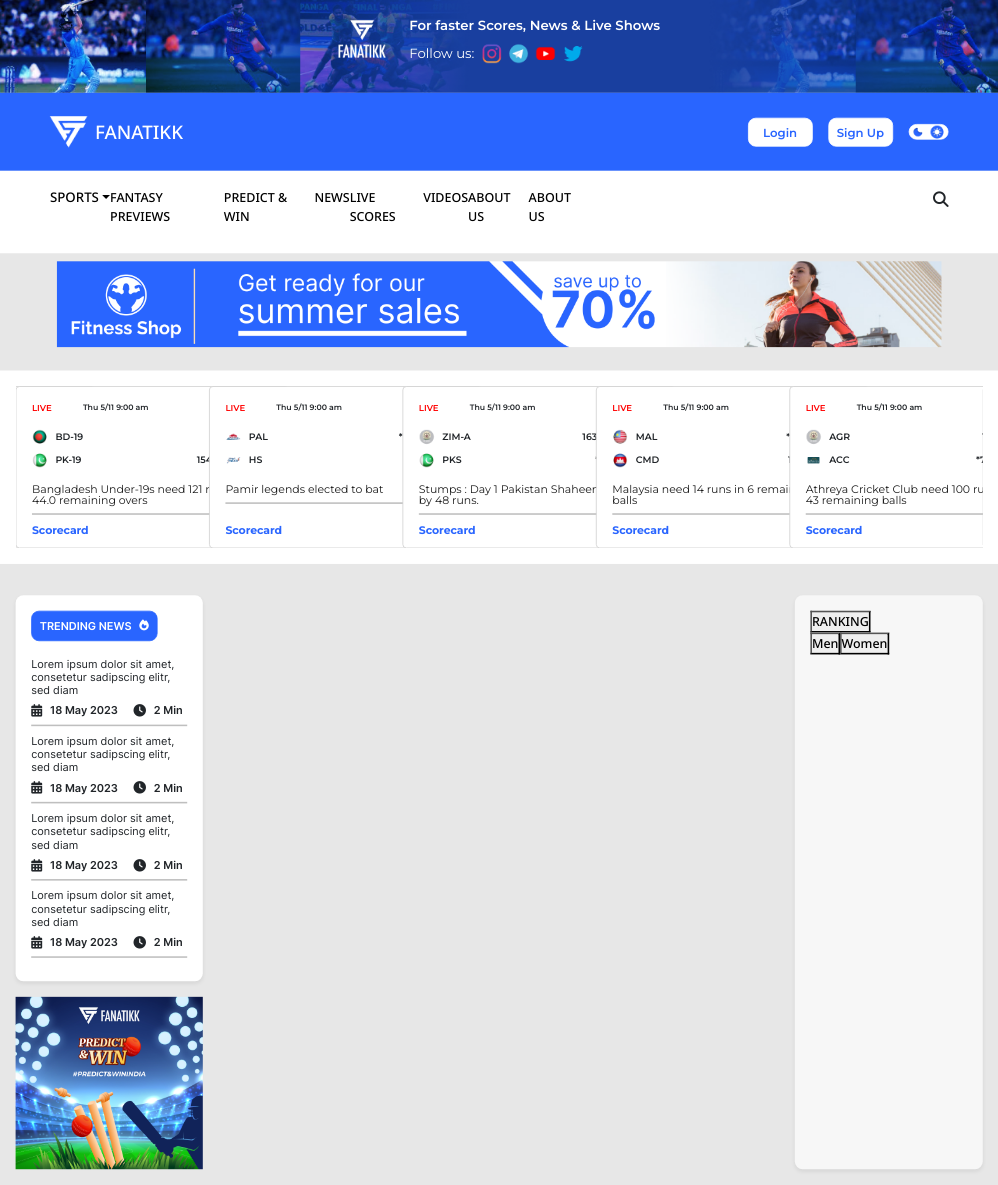
Repository: FlyweisReact/Kannapa
Page: /
An editor plug-in stored every save of this project. The page is shown before and after the next save, followed by the edit.
The browser window is 1280 px wide. The pictures show the whole page, at 78% of full size.
Some web libraries are served in a nearby version. The project was rebuilt for these pictures with package versions that can differ from the ones it lists, and the page was loaded fresh each time. Also part of the build but not shown: src/Components/Layout/Footer.js, src/Components/Sliders/Index-video-Slider.js, src/Components/firstScreen.jsx, src/Components/secondScreen.jsx, src/Components/thirdScreen.jsx, src/Components/fourthScreen.jsx, src/CSS/Footer.css.

Above is the page before, as saved 2023-06-03 15:58:16.

After the next save:
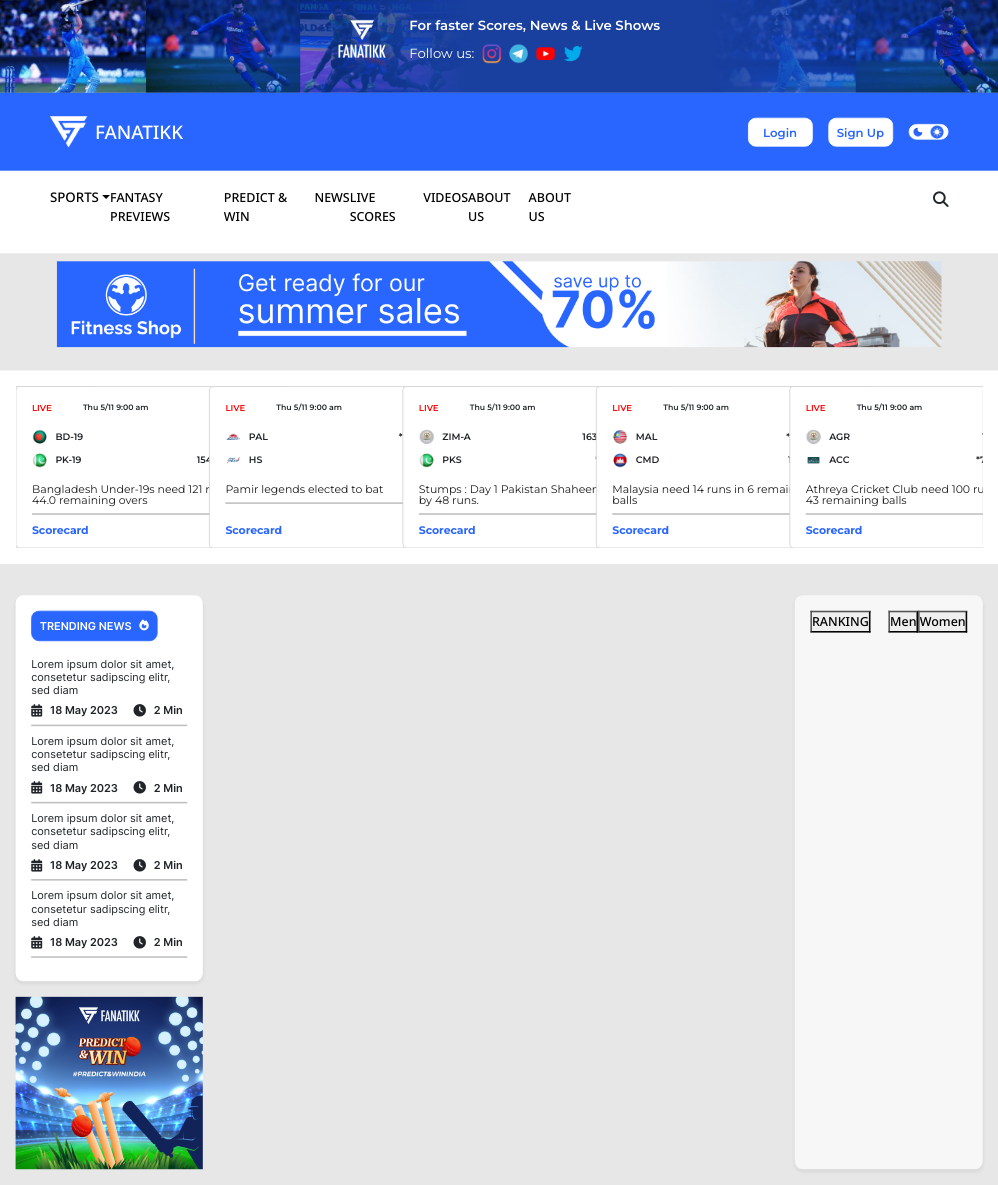
Saved 9 s later.
--- a/src/CSS/Component.css
+++ b/src/CSS/Component.css
@@ -377,4 +377,7 @@
 }
 
 
-.Index_Three_Sec_Layout .Right_Comp  .Main_Item .Three_Sec
+.Index_Three_Sec_Layout .Right_Comp  .Main_Item .Three_Sec {
+  display: flex;
+  justify-content: space-between;
+}
